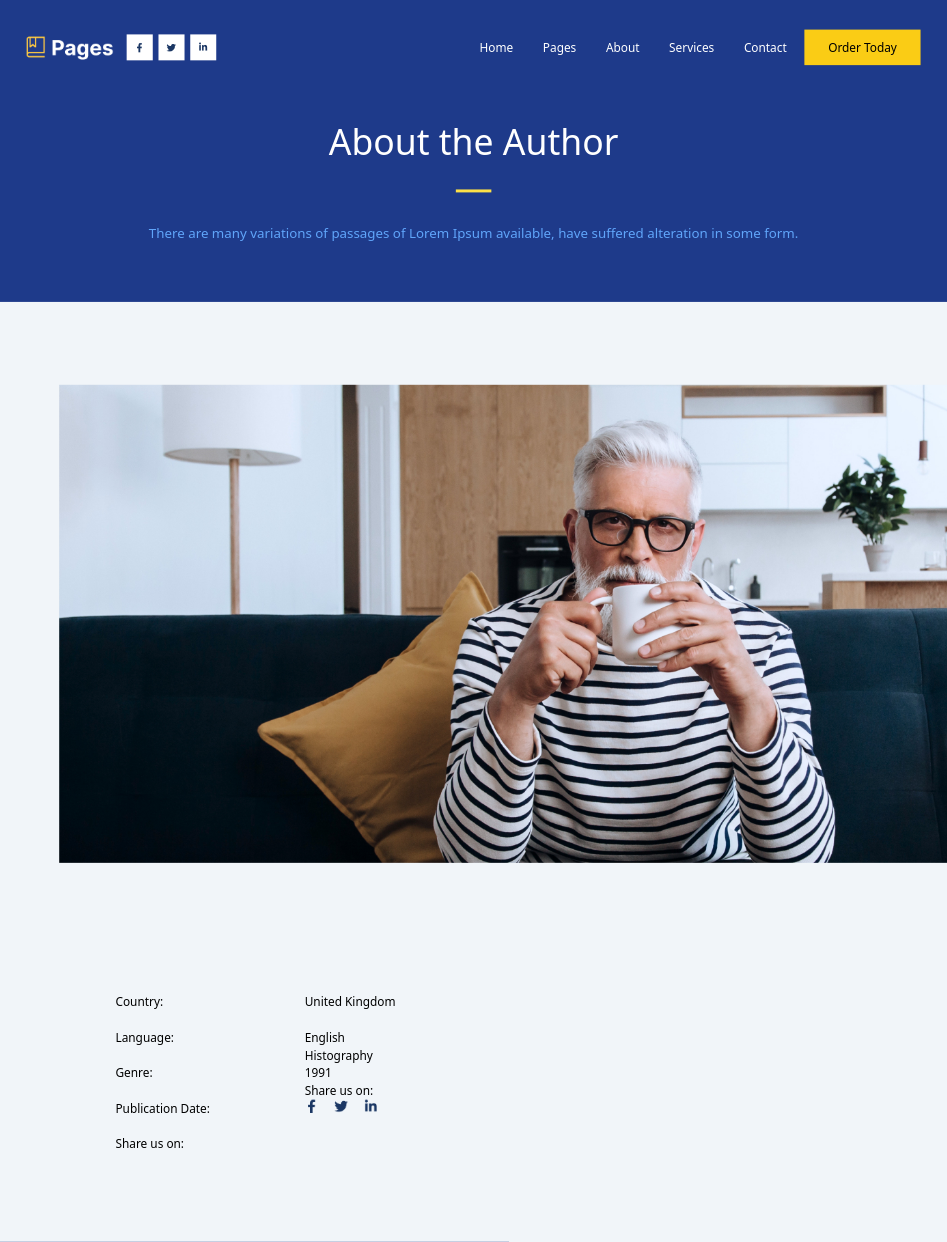
Repository: Godnorg/Class3
Page: index.html
An editor plug-in stored every save of this project. The page is shown before and after a run of saves, followed by the edit.
The browser window is 1280 px wide. The pictures show the whole page, at 74% of full size.
Some web libraries are served in a nearby version.

Above is the page before, as saved 2023-02-19 02:48:15.

After the next 5 saves:
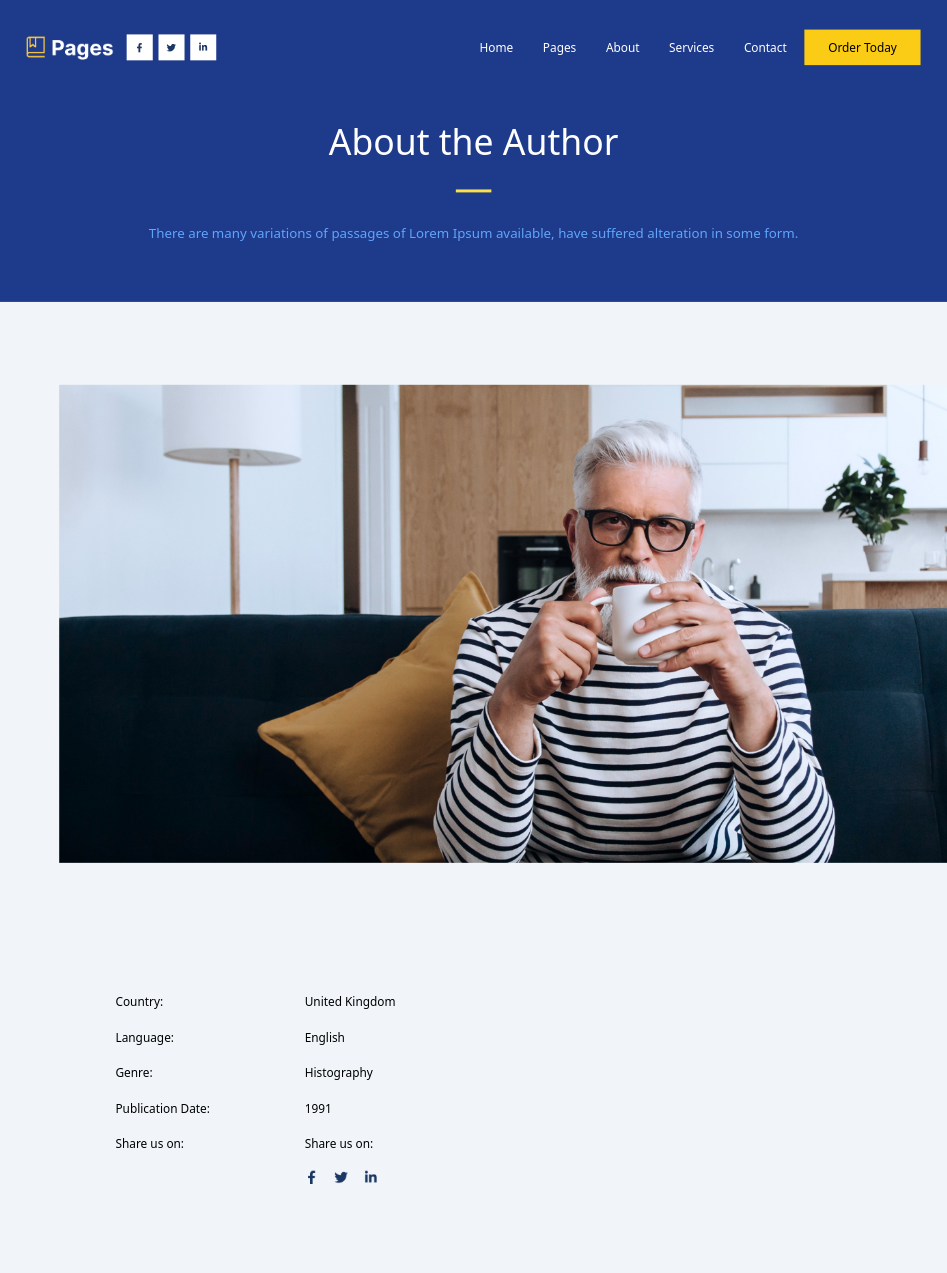
The 5 saves are shown as one change because they came seconds apart.
The last was saved 16 s later.
--- a/index.html
+++ b/index.html
@@ -46,11 +46,11 @@
                 </div>
                 <div>
                 <p class="pb-6">United Kingdom</p>
-                <p>English</p>
-                <p>Histography</p>
-                <p>1991</p>
-                <h2>Share us on:</h2>
-                <img src="./socialmedia.png">
+                <p class="pb-6">English</p>
+                <p class="pb-6">Histography</p>
+                <p class="pb-6">1991</p>
+                <h2 class="pb-6">Share us on:</h2>
+                <img src="./socialmedia.png" class="pb-6">
                 </div>
             </div>
         </div>
